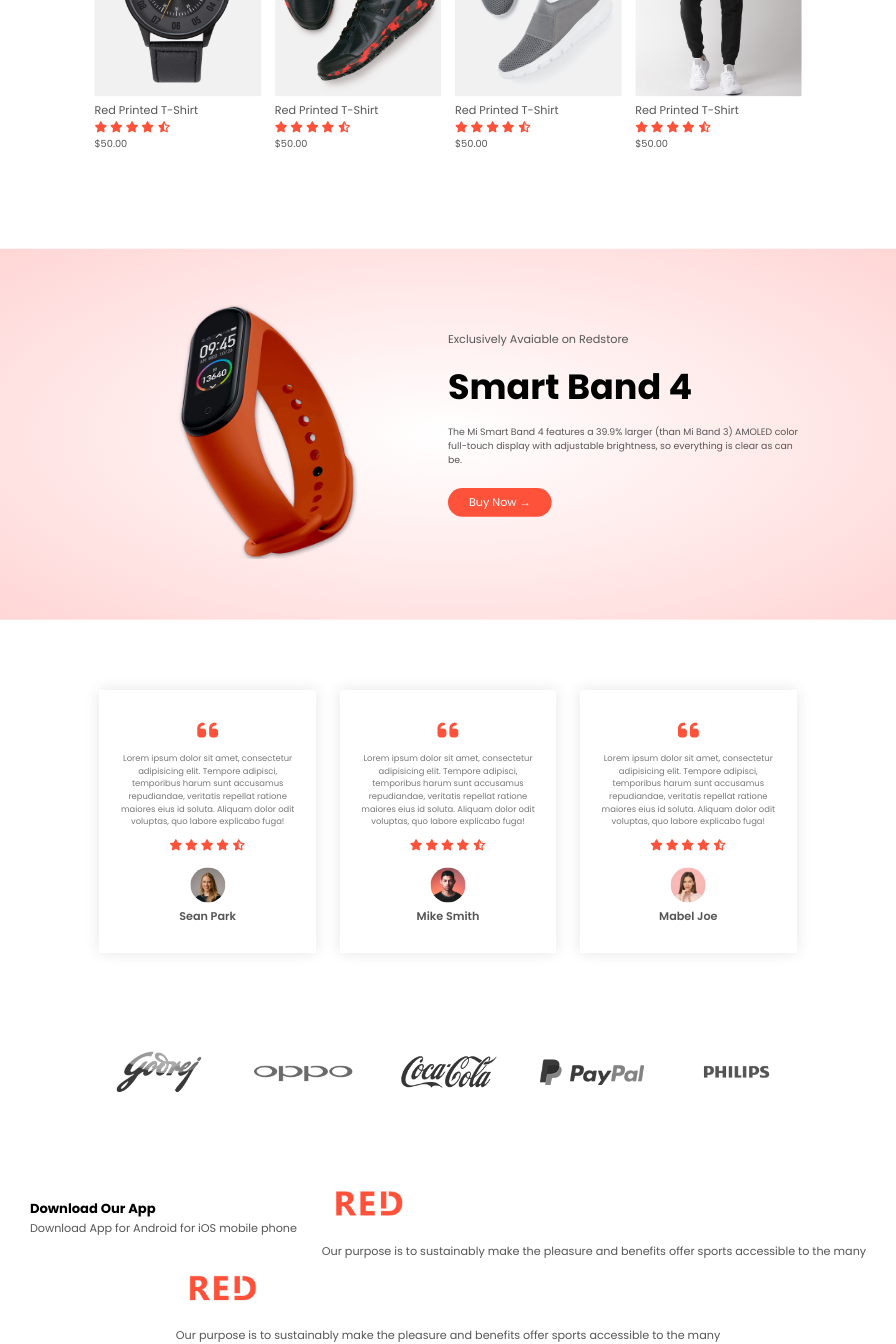
Repository: datvu1608/redsportstore
Page: index.html
These files come from the project's save history. The page is drawn as it stood at one moment and after the next save; the edit follows.
The browser window is 1280 px wide. The pictures show the part of the page from y = 2706 to 4626 px (the page is 4626 px tall before and 4559 px after), at 70% of full size.

Above is the page before, as saved 2023-11-23 15:12:01.

### index.html
<!DOCTYPE html>
<html lang="en">
  <head>
    <meta charset="UTF-8" />
    <meta name="viewport" content="width=device-width, initial-scale=1.0" />
    <title>Restore | Ecommerce Website Design</title>
    <link
      href="https://fonts.googleapis.com/css2?family=Poppins:wght@300;400;500;600;700&display=swap"
      rel="stylesheet"
    />
    <link
      rel="stylesheet"
      href="https://cdnjs.cloudflare.com/ajax/libs/font-awesome/6.4.2/css/all.min.css"
    />
    <link rel="stylesheet" href="./styles.css" />
  </head>
  <body>
    <div class="header">
      <div class="container">
        <div class="navbar">
          <div class="logo">
            <img src="./images/logo.png" alt="" width="125px" />
          </div>
          <nav>
            <ul>
              <li>
                <a href="#">Home</a>
              </li>
              <li>
                <a href="#">Products</a>
              </li>
              <li>
                <a href="#">About</a>
              </li>
              <li>
                <a href="#">Contact</a>
              </li>
              <li>
                <a href="#">Account</a>
              </li>
            </ul>
          </nav>
          <img
            src="./images/cart.png"
            width="30px"
            height="30px"
            alt="cart-icon"
          />
        </div>
        <div class="row">
          <div class="col-2">
            <h1>Give Your Workout <br />A New Style!</h1>
            <p>
              Succes isn't always about greatness. It's about consistency.
              Consistent hard work gains success. Greatness will come.
            </p>
            <a href="" class="btn">Explore Now &#8594;</a>
          </div>
          <div class="col-2">
            <img src="./images/image1.png" alt="" />
          </div>
        </div>
      </div>
    </div>
    <!-- featured categories -->
    <div class="categories">
      <div class="small-container">
        <div class="row">
          <div class="col-3">
            <img src="./images/category-1.jpg" alt="" />
          </div>
          <div class="col-3">
            <img src="./images/category-2.jpg" alt="" />
          </div>
          <div class="col-3">
            <img src="./images/category-3.jpg" alt="" />
          </div>
        </div>
      </div>
    </div>
    <!-- featured-products -->
    <div class="small-container">
      <h2 class="title">Featured Products</h2>
      <div class="row">
        <div class="col-4">
          <img src="./images/product-1.jpg" alt="" />
          <h4>Red Printed T-Shirt</h4>
          <div class="rating">
            <i class="fa-solid fa-star"></i>
            <i class="fa-solid fa-star"></i>
            <i class="fa-solid fa-star"></i>
            <i class="fa-solid fa-star"></i>
            <i class="fa-regular fa-star"></i>
          </div>
          <p>$50.00</p>
        </div>
        <div class="col-4">
          <img src="./images/product-2.jpg" alt="" />
          <h4>Red Printed T-Shirt</h4>
          <div class="rating">
            <i class="fa-solid fa-star"></i>
            <i class="fa-solid fa-star"></i>
            <i class="fa-solid fa-star"></i>
            <i class="fa-solid fa-star"></i>
            <i class="fa-regular fa-star"></i>
          </div>
          <p>$50.00</p>
        </div>
        <div class="col-4">
          <img src="./images/product-3.jpg" alt="" />
          <h4>Red Printed T-Shirt</h4>
          <div class="rating">
            <i class="fa-solid fa-star"></i>
            <i class="fa-solid fa-star"></i>
            <i class="fa-solid fa-star"></i>
            <i class="fa-solid fa-star"></i>
            <i class="fa-solid fa-star-half-stroke"></i>
          </div>
          <p>$50.00</p>
        </div>
        <div class="col-4">
          <img src="./images/product-4.jpg" alt="" />
          <h4>Red Printed T-Shirt</h4>
          <div class="rating">
            <i class="fa-solid fa-star"></i>
            <i class="fa-solid fa-star"></i>
            <i class="fa-solid fa-star"></i>
            <i class="fa-solid fa-star"></i>
            <i class="fa-solid fa-star-half-stroke"></i>
          </div>
          <p>$50.00</p>
        </div>
      </div>
      <h2 class="title">Lates Products</h2>
      <div class="row">
        <div class="col-4">
          <img src="./images/product-5.jpg" alt="" />
          <h4>Red Printed T-Shirt</h4>
          <div class="rating">
            <i class="fa-solid fa-star"></i>
            <i class="fa-solid fa-star"></i>
            <i class="fa-solid fa-star"></i>
            <i class="fa-solid fa-star"></i>
            <i class="fa-regular fa-star"></i>
          </div>
          <p>$50.00</p>
        </div>
        <div class="col-4">
          <img src="./images/product-6.jpg" alt="" />
          <h4>Red Printed T-Shirt</h4>
          <div class="rating">
            <i class="fa-solid fa-star"></i>
            <i class="fa-solid fa-star"></i>
            <i class="fa-solid fa-star"></i>
            <i class="fa-solid fa-star"></i>
            <i class="fa-regular fa-star"></i>
          </div>
          <p>$50.00</p>
        </div>
        <div class="col-4">
          <img src="./images/product-7.jpg" alt="" />
          <h4>Red Printed T-Shirt</h4>
          <div class="rating">
            <i class="fa-solid fa-star"></i>
            <i class="fa-solid fa-star"></i>
            <i class="fa-solid fa-star"></i>
            <i class="fa-solid fa-star"></i>
            <i class="fa-solid fa-star-half-stroke"></i>
          </div>
          <p>$50.00</p>
        </div>
        <div class="col-4">
          <img src="./images/product-8.jpg" alt="" />
          <h4>Red Printed T-Shirt</h4>
          <div class="rating">
            <i class="fa-solid fa-star"></i>
            <i class="fa-solid fa-star"></i>
            <i class="fa-solid fa-star"></i>
            <i class="fa-solid fa-star"></i>
            <i class="fa-solid fa-star-half-stroke"></i>
          </div>
          <p>$50.00</p>
        </div>
        <div class="col-4">
          <img src="./images/product-9.jpg" alt="" />
          <h4>Red Printed T-Shirt</h4>
          <div class="rating">
            <i class="fa-solid fa-star"></i>
            <i class="fa-solid fa-star"></i>
            <i class="fa-solid fa-star"></i>
            <i class="fa-solid fa-star"></i>
            <i class="fa-solid fa-star-half-stroke"></i>
          </div>
          <p>$50.00</p>
        </div>
        <div class="col-4">
          <img src="./images/product-10.jpg" alt="" />
          <h4>Red Printed T-Shirt</h4>
          <div class="rating">
            <i class="fa-solid fa-star"></i>
            <i class="fa-solid fa-star"></i>
            <i class="fa-solid fa-star"></i>
            <i class="fa-solid fa-star"></i>
            <i class="fa-solid fa-star-half-stroke"></i>
          </div>
          <p>$50.00</p>
        </div>
        <div class="col-4">
          <img src="./images/product-11.jpg" alt="" />
          <h4>Red Printed T-Shirt</h4>
          <div class="rating">
            <i class="fa-solid fa-star"></i>
            <i class="fa-solid fa-star"></i>
            <i class="fa-solid fa-star"></i>
            <i class="fa-solid fa-star"></i>
            <i class="fa-solid fa-star-half-stroke"></i>
          </div>
          <p>$50.00</p>
        </div>
        <div class="col-4">
          <img src="./images/product-12.jpg" alt="" />
          <h4>Red Printed T-Shirt</h4>
          <div class="rating">
            <i class="fa-solid fa-star"></i>
            <i class="fa-solid fa-star"></i>
            <i class="fa-solid fa-star"></i>
            <i class="fa-solid fa-star"></i>
            <i class="fa-solid fa-star-half-stroke"></i>
          </div>
          <p>$50.00</p>
        </div>
      </div>
    </div>
    <!-- offer -->
    <div class="offer">
      <div class="small-container">
        <div class="row">
          <div class="col-2">
            <img src="./images/exclusive.png" class="offer-img" alt="" />
          </div>
          <div class="col-2">
            <p>Exclusively Avaiable on Redstore</p>
            <h1>Smart Band 4</h1>
            <small
              >The Mi Smart Band 4 features a 39.9% larger (than Mi Band 3)
              AMOLED color full-touch display with adjustable brightness, so
              everything is clear as can be.
            </small>
            <a href="#" class="btn">Buy Now &#8594;</a>
          </div>
        </div>
      </div>
    </div>
    <!-- testimonial -->
    <div class="testimonial">
      <div class="small-container">
        <div class="row">
          <div class="col-3">
            <i class="fa-solid fa-quote-left"></i>
            <p>
              Lorem ipsum dolor sit amet, consectetur adipisicing elit. Tempore
              adipisci, temporibus harum sunt accusamus repudiandae, veritatis
              repellat ratione maiores eius id soluta. Aliquam dolor odit
              voluptas, quo labore explicabo fuga!
            </p>
            <div class="rating">
              <i class="fa-solid fa-star"></i>
              <i class="fa-solid fa-star"></i>
              <i class="fa-solid fa-star"></i>
              <i class="fa-solid fa-star"></i>
              <i class="fa-solid fa-star-half-stroke"></i>
            </div>
            <img src="./images/user-1.png" alt="" />
            <h3>Sean Park</h3>
          </div>
          <div class="col-3">
            <i class="fa-solid fa-quote-left"></i>
            <p>
              Lorem ipsum dolor sit amet, consectetur adipisicing elit. Tempore
              adipisci, temporibus harum sunt accusamus repudiandae, veritatis
              repellat ratione maiores eius id soluta. Aliquam dolor odit
              voluptas, quo labore explicabo fuga!
            </p>
            <div class="rating">
              <i class="fa-solid fa-star"></i>
              <i class="fa-solid fa-star"></i>
              <i class="fa-solid fa-star"></i>
              <i class="fa-solid fa-star"></i>
              <i class="fa-solid fa-star-half-stroke"></i>
            </div>
            <img src="./images/user-2.png" alt="" />
            <h3>Mike Smith</h3>
          </div>
          <div class="col-3">
            <i class="fa-solid fa-quote-left"></i>
            <p>
              Lorem ipsum dolor sit amet, consectetur adipisicing elit. Tempore
              adipisci, temporibus harum sunt accusamus repudiandae, veritatis
              repellat ratione maiores eius id soluta. Aliquam dolor odit
              voluptas, quo labore explicabo fuga!
            </p>
            <div class="rating">
              <i class="fa-solid fa-star"></i>
              <i class="fa-solid fa-star"></i>
              <i class="fa-solid fa-star"></i>
              <i class="fa-solid fa-star"></i>
              <i class="fa-solid fa-star-half-stroke"></i>
            </div>
            <img src="./images/user-3.png" alt="" />
            <h3>Mabel Joe</h3>
          </div>
        </div>
      </div>
    </div>
    <!-- brands -->
    <div class="brands">
      <div class="small-container">
        <div class="row">
          <div class="col-5">
            <img src="./images/logo-godrej.png" alt="" />
          </div>
          <div class="col-5">
            <img src="./images/logo-oppo.png" alt="" />
          </div>
          <div class="col-5">
            <img src="./images/logo-coca-cola.png" alt="" />
          </div>
          <div class="col-5">
            <img src="./images/logo-paypal.png" alt="" />
          </div>
          <div class="col-5">
            <img src="./images/logo-philips.png" alt="" />
          </div>
        </div>
      </div>
    </div>
    <!-- footer -->
    <div class="footer">
      <div class="container">
        <div class="row">
          <div class="footer-col-1">
            <h3>Download Our App</h3>
            <p>Download App for Android for iOS mobile phone</p>
          </div>
          <div class="footer-col-2">
            <img src="./images/logo-white.png" alt="" />
            <p>
              Our purpose is to sustainably make the pleasure and benefits offer
              sports accessible to the many
            </p>
          </div>
          <div class="footer-col-3">
            <img src="./images/logo-white.png" alt="" />
            <p>
              Our purpose is to sustainably make the pleasure and benefits offer
              sports accessible to the many
            </p>
          </div>
        </div>
      </div>
    </div>
  </body>
</html>

### styles.css
* {
  margin: 0;
  padding: 0;
  box-sizing: border-box;
}
body {
  font-family: 'Poppins', sans-serif;
}
a {
  text-decoration: none;
}
.navbar {
  display: flex;
  align-items: center;
  padding: 20px;
}
nav {
  flex: 1;
  text-align: right;
}
nav ul {
  display: inline-block;
  list-style-type: none;
}
nav ul li {
  display: inline-block;
  margin-right: 20px;
}
nav ul li a {
  text-decoration: none;
  color: #555;
}

p {
  color: #555;
}
.container {
  max-width: 1300px;
  margin: auto;
  padding-left: 25px;
  padding-right: 25px;
}
.row {
  display: flex;
  align-items: center;
  flex-wrap: wrap;
  justify-content: space-around;
}
.col-2 {
  flex-basis: 50%;
  min-width: 300px;
}
.col-2 img {
  max-width: 100%;
  padding: 50px 0;
}
.col-2 h1 {
  font-size: 50px;
  line-height: 60px;
  margin: 25px 0;
}
.btn {
  display: inline-block;
  background: #ff523b;
  border-radius: 30px;
  color: #fff;
  padding: 8px 30px;
  margin: 30px 0;
  transition: 0.5s;
}
.btn:hover {
  background: #563434;
}
.header {
  background: radial-gradient(#fff, #ffd6d6);
}
.header .row {
  margin-top: 70px;
}

.categories {
  margin: 70px 0;
}
.col-3 {
  flex-basis: 30%;
  min-width: 250px;
  margin-bottom: 30px;
}
.col-3 img {
  width: 100%;
}
.small-container {
  max-width: 1080px;
  margin: auto;
  padding-left: 25px;
  padding-right: 25px;
}
.col-4 {
  flex-basis: 25%;
  padding: 10px;
  min-width: 200px;
  margin-bottom: 50px;
  transition: 0.5s;
}
.col-4 img {
  width: 100%;
}

.title {
  text-align: center;
  margin: 0 auto 80px;
  position: relative;
  line-height: 60px;
  color: #555;
}
.title::after {
  content: '';
  background: #ff523b;
  width: 80px;
  height: 5px;
  position: absolute;
  border-radius: 5px;
  bottom: 0;
  left: 50%;
  transform: translateX(-50%);
}
h4 {
  color: #555;
  font-weight: normal;
}
.col-4 p {
  font-size: 14px;
}
.rating .fa-star,
.fa-star-half-stroke {
  color: #ff523b;
}

.col-4:hover {
  transform: translateY(-10px);
}
.offer {
  background: radial-gradient(#fff, #ffd6d6);
  margin-top: 80px;
  padding: 30px 0;
}
.col-2 .offer-img {
  padding: 50px;
}
small {
  color: #555;
  display: block;
}

/* Testimonial */
.testimonial {
  padding-top: 100px;
}
.testimonial .col-3 {
  text-align: center;
  padding: 40px 20px;
  box-shadow: 0 0 20px 0px rgba(0, 0, 0, 0.1);
  cursor: pointer;
  transition: transform 0.5s;
}
.testimonial .col-3 img {
  width: 50px;
  margin-top: 20px;
  border-radius: 50%;
}
.testimonial .col-3:hover {
  transform: translateY(-10px);
}
.fa-solid.fa-quote-left {
  font-size: 34px;
  color: #ff523b;
}
.col-3 p {
  font-size: 12px;
  margin: 12px 0;
  color: #777;
}
.testimonial .col-3 h3 {
  font-weight: 600;
  color: #555;
  font-size: 16px;
}
/* brands */
.brands {
  margin: 100px auto;
}
.col-5 {
  width: 160px;
}
.col-5 img {
  width: 100%;
  cursor: pointer;
  filter: grayscale(100%);
}
.col-5 img:hover {
  filter: grayscale(0);
}

After the next save:
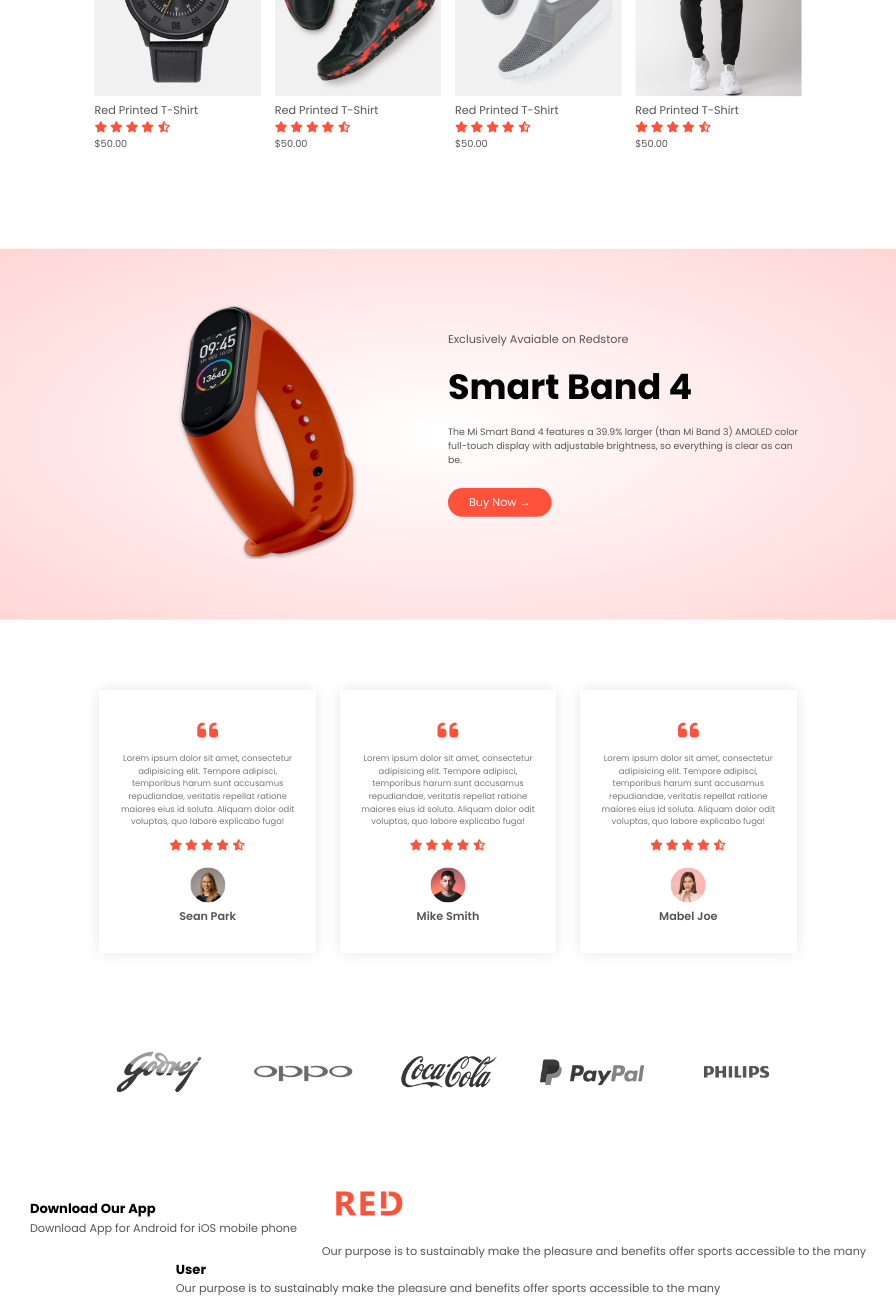
Saved 11 s later.
--- a/index.html
+++ b/index.html
@@ -350,7 +350,7 @@
             </p>
           </div>
           <div class="footer-col-3">
-            <img src="./images/logo-white.png" alt="" />
+            <h3>User</h3>
             <p>
               Our purpose is to sustainably make the pleasure and benefits offer
               sports accessible to the many
